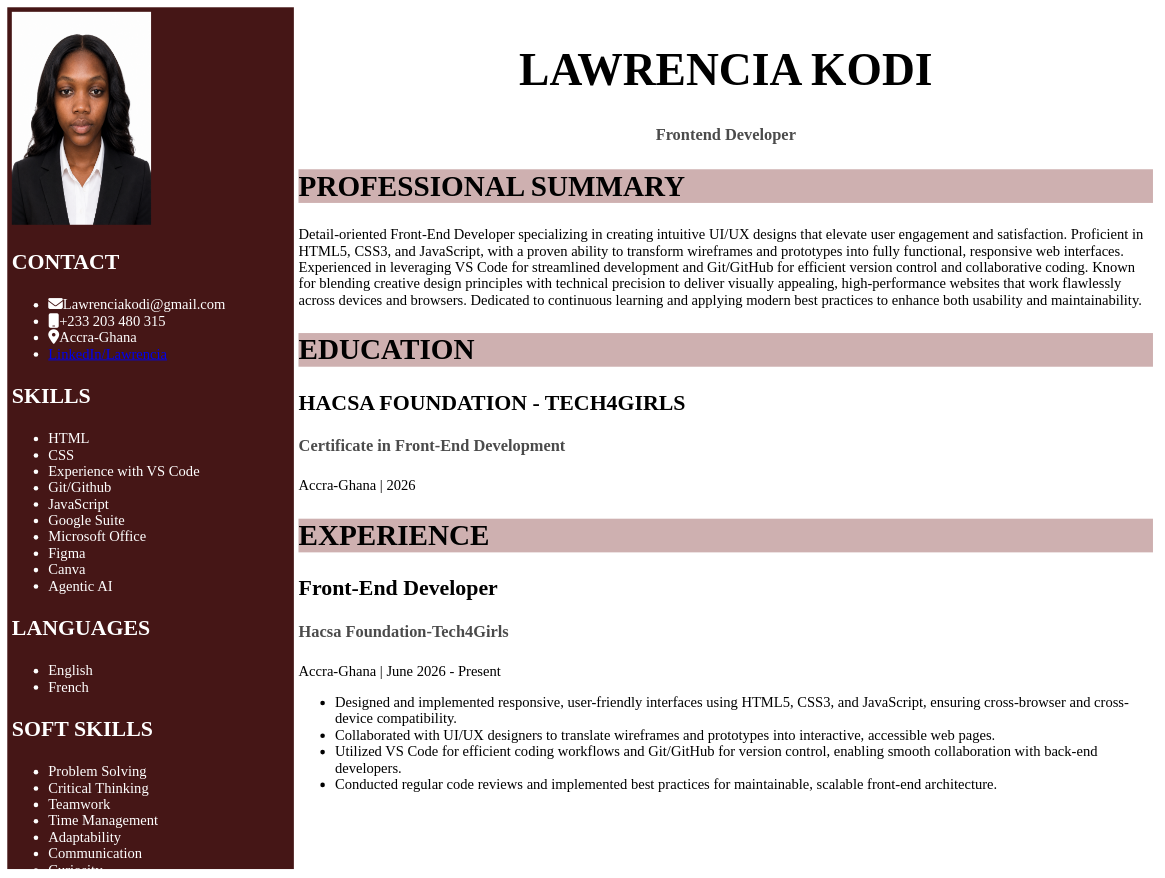
Repository: lawrencia-coder/T4G_CV
Page: index.html
The author's editor kept a copy of each file at every save. The page is drawn from the files as they stood at one save, then again after the next save.
The browser window is 1280 px wide. The pictures show the whole page, at 91% of full size.
Some icons come from a web library that is not loaded, so they are not drawn. Some web libraries are served in a nearby version.

Above is the page before, as saved 2026-07-15 08:20:27.

After the next save:
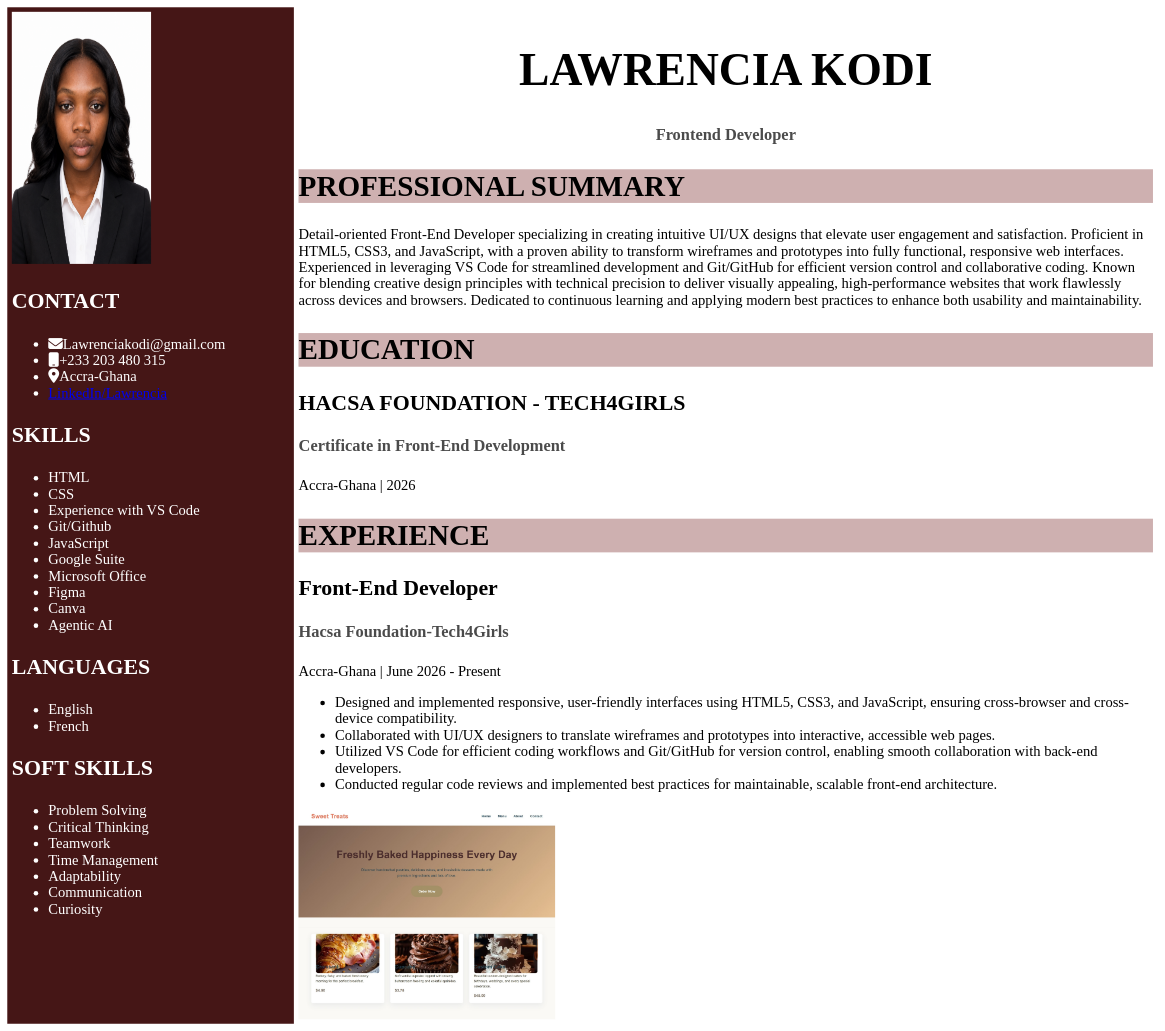
Saved 22 min 54 s later.
--- a/index.html
+++ b/index.html
@@ -90,7 +90,7 @@
                  </p>
 
                  <div class="portfolio">
-                    <img src="" alt="">
+                    <img src="images/Screenshot_15-7-2026_84035_lawrencia-coder.github.io.jpeg" alt="">
                     <img src="" alt="">
                     <img src="" alt="">
                  </div>
